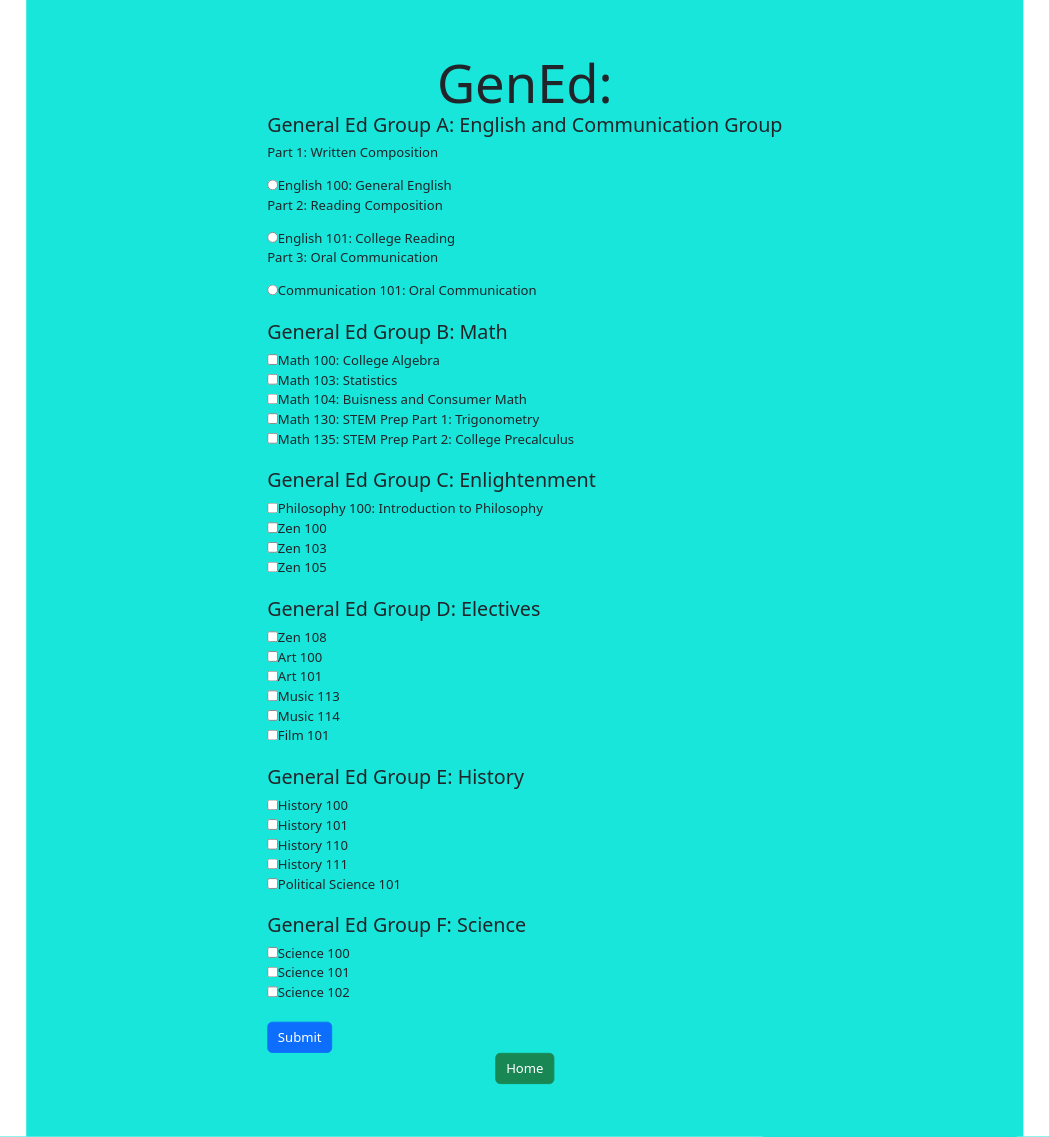
Repository: collegedude9300/zenschool
Page: /GenEd
These files come from the project's save history. The page is drawn as it stood at one moment and after the next save; the edit follows.
The browser window is 1280 px wide. The pictures show the whole page, at 82% of full size.
The project was rebuilt for these pictures with package versions that can differ from the ones it lists, and the page was loaded fresh each time. The framework's server and built-in components were replaced by stand-ins that run in the browser. Also part of the build but not shown: next.config.js.

Above is the page before, as saved 2022-10-30 20:48:05.

After the next save:
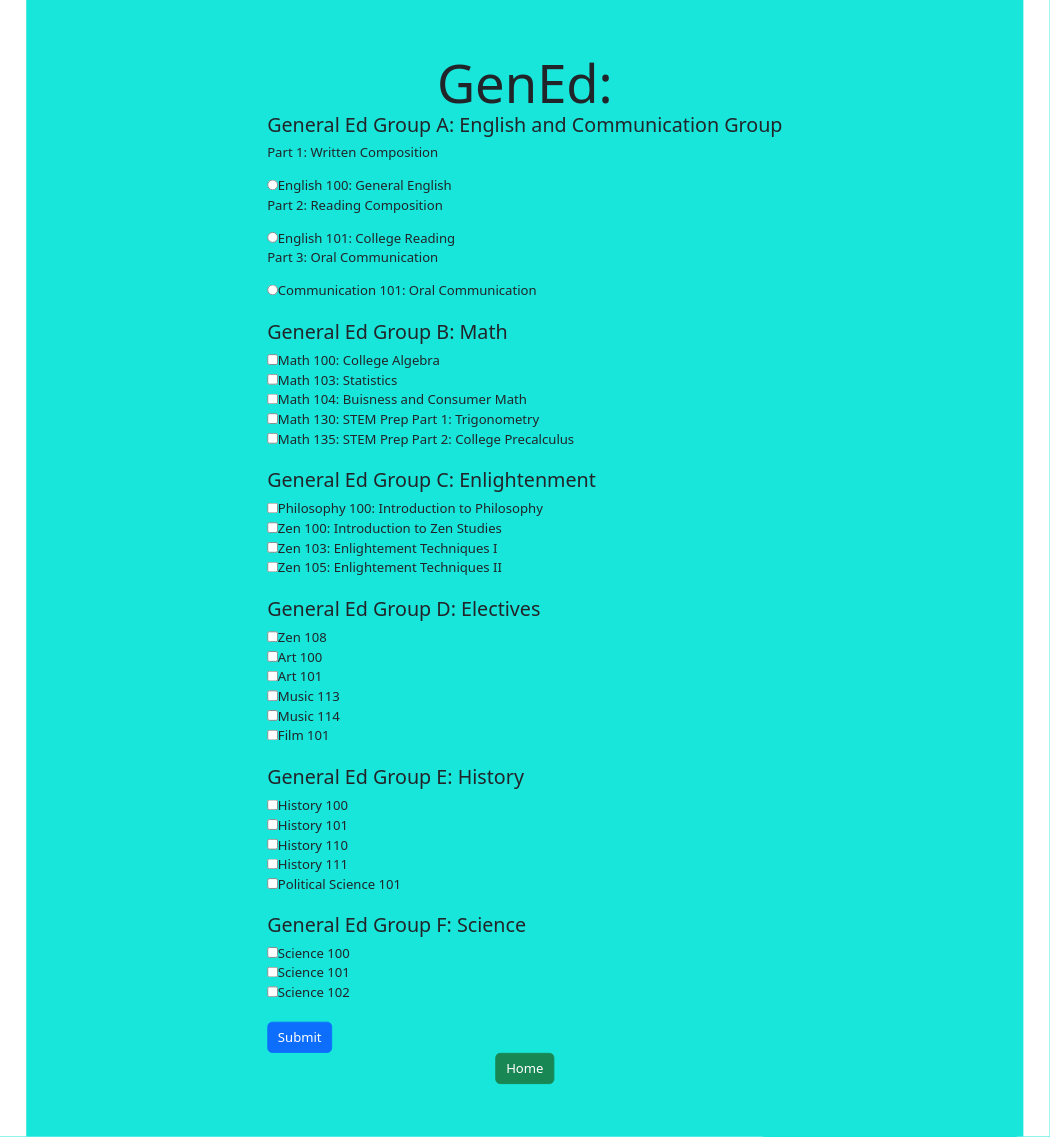
Saved 35 s later.
--- a/pages/GenEd.js
+++ b/pages/GenEd.js
@@ -44,11 +44,11 @@
 <input type="checkbox" id="Philosophy 100" name="Philosophy 100" value="Philosophy 100"/>
 <label for="Philosophy 100"> Philosophy 100: Introduction to Philosophy</label><br/>
 <input type="checkbox" id="Zen 100" name="Zen 100" value="Zen 100"/>
-<label for="Zen 100"> Zen 100</label><br/>
+<label for="Zen 100"> Zen 100: Introduction to Zen Studies</label><br/>
 <input type="checkbox" id="Zen 103" name="Zen 103" value="Zen 103"/>
-<label for="Zen 103"> Zen 103</label><br/>
+<label for="Zen 103"> Zen 103: Enlightement Techniques I</label><br/>
 <input type="checkbox" id="Zen 105" name="Zen 105" value="Zen 105"/>
-<label for="Zen 105"> Zen 105</label><br/>
+<label for="Zen 105"> Zen 105: Enlightement Techniques II</label><br/>
 <br/>
 <h4>General Ed Group D: Electives </h4>
 <input type="checkbox" id="Zen 108" name="Zen 108" value="Zen 108"/>
